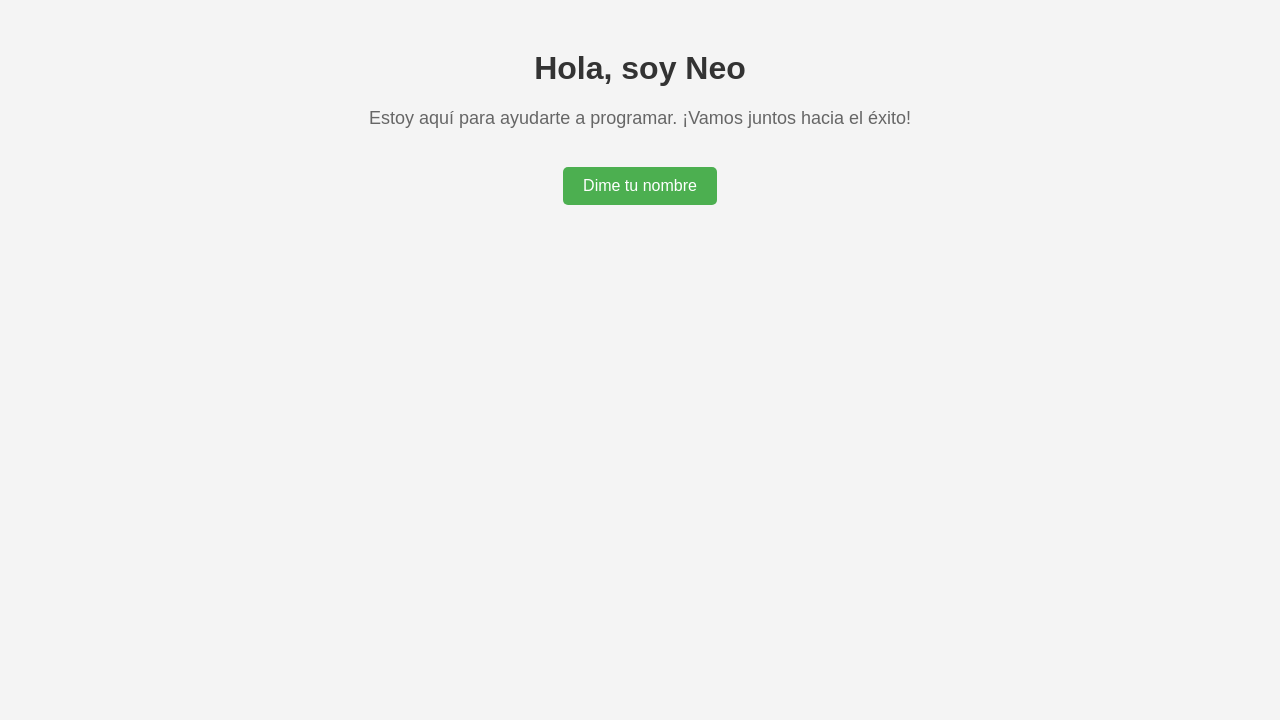
Repository: TapZc/getya_proyect
Page: Neo2.html
These files come from the project's save history. The page is drawn as it stood at one moment and after the next save; the edit follows.
The browser window is 1280 px wide. The pictures show the whole page.

Above is the page before, as saved 2025-02-18 23:00:17.

After the next save:
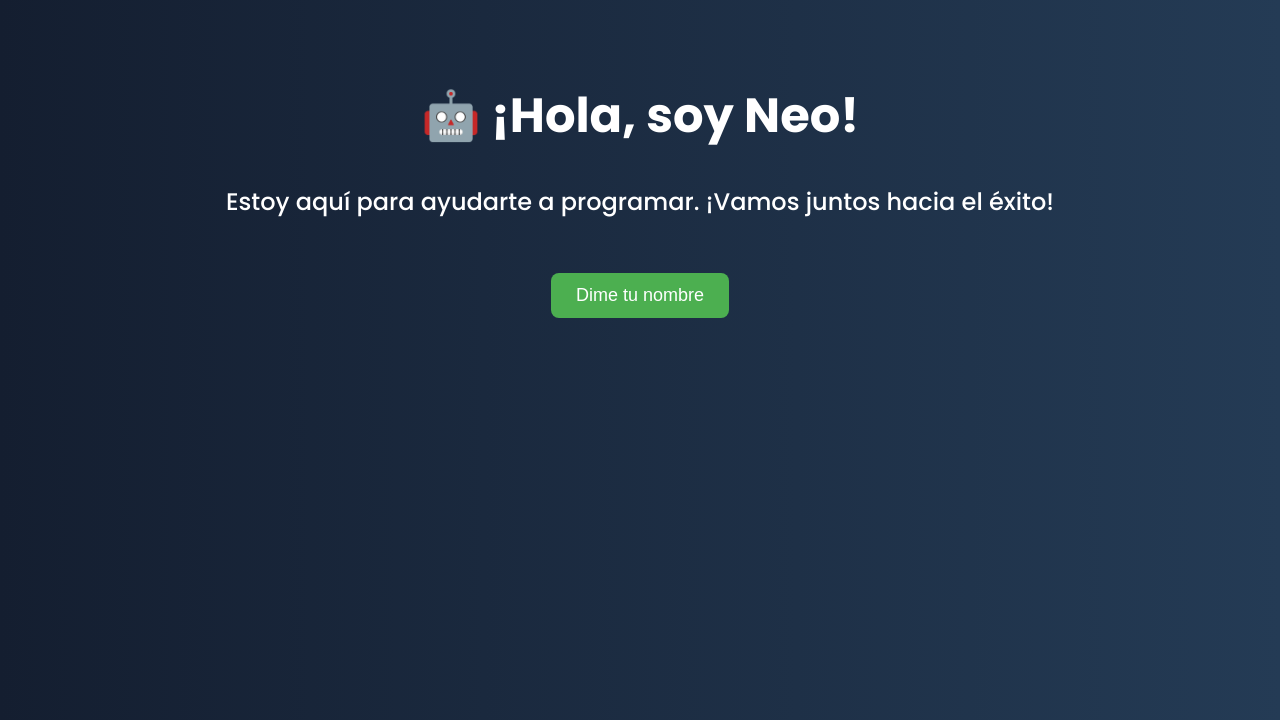
Saved 3 min 33 s later.
--- a/Neo2.html
+++ b/Neo2.html
@@ -4,37 +4,54 @@
     <meta charset="UTF-8" />
     <meta name="viewport" content="width=device-width, initial-scale=1.0" />
     <title>Neo 2.0 - Tu Ayudante Programador</title>
+    <link rel="preconnect" href="https://fonts.googleapis.com">
+    <link href="https://fonts.googleapis.com/css2?family=Poppins:wght@300;500;700&display=swap" rel="stylesheet">
     <style>
       body {
-        font-family: Arial, sans-serif;
-        background-color: #f4f4f4;
+        font-family: 'Poppins', sans-serif;
+        background: linear-gradient(to right, #141e30, #243b55);
+        color: white;
         text-align: center;
-        margin-top: 50px;
+        margin-top: 80px;
       }
       h1 {
-        color: #333;
+        font-size: 3rem;
+        animation: aparecer 1.5s ease-out;
       }
       p {
-        font-size: 18px;
-        color: #666;
+        font-size: 1.5rem;
+        margin-top: 20px;
+        animation: aparecer 2s ease-out;
       }
       button {
-        margin-top: 20px;
-        padding: 10px 20px;
-        font-size: 16px;
+        margin-top: 30px;
+        padding: 12px 25px;
+        font-size: 18px;
         background-color: #4CAF50;
         color: white;
         border: none;
-        border-radius: 5px;
+        border-radius: 8px;
         cursor: pointer;
+        transition: background-color 0.3s ease, transform 0.2s ease;
       }
       button:hover {
         background-color: #45a049;
+        transform: scale(1.1);
+      }
+      @keyframes aparecer {
+        from {
+          opacity: 0;
+          transform: translateY(-20px);
+        }
+        to {
+          opacity: 1;
+          transform: translateY(0);
+        }
       }
     </style>
   </head>
   <body>
-    <h1>Hola, soy Neo</h1>
+    <h1>🤖 ¡Hola, soy Neo!</h1>
     <p id="mensaje">Estoy aquí para ayudarte a programar. ¡Vamos juntos hacia el éxito!</p>
     <button onclick="preguntarNombre()">Dime tu nombre</button>
 
